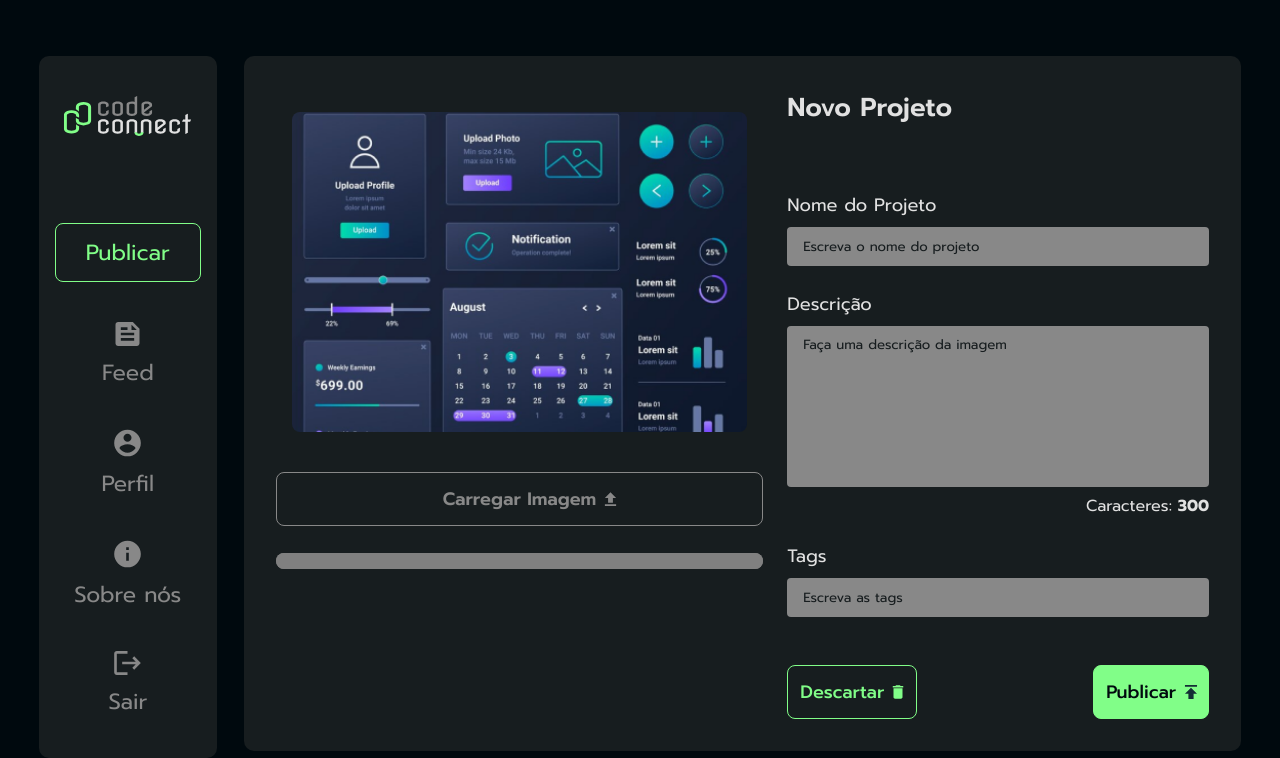
Repository: joaoPraiaJunior/async_await
Page: index.html
These files come from the project's save history. The page is drawn as it stood at one moment and after the next save; the edit follows.
The browser window is 1280 px wide. The pictures show the whole page.

Above is the page before, as saved 2024-08-29 21:00:35.

After the next save:
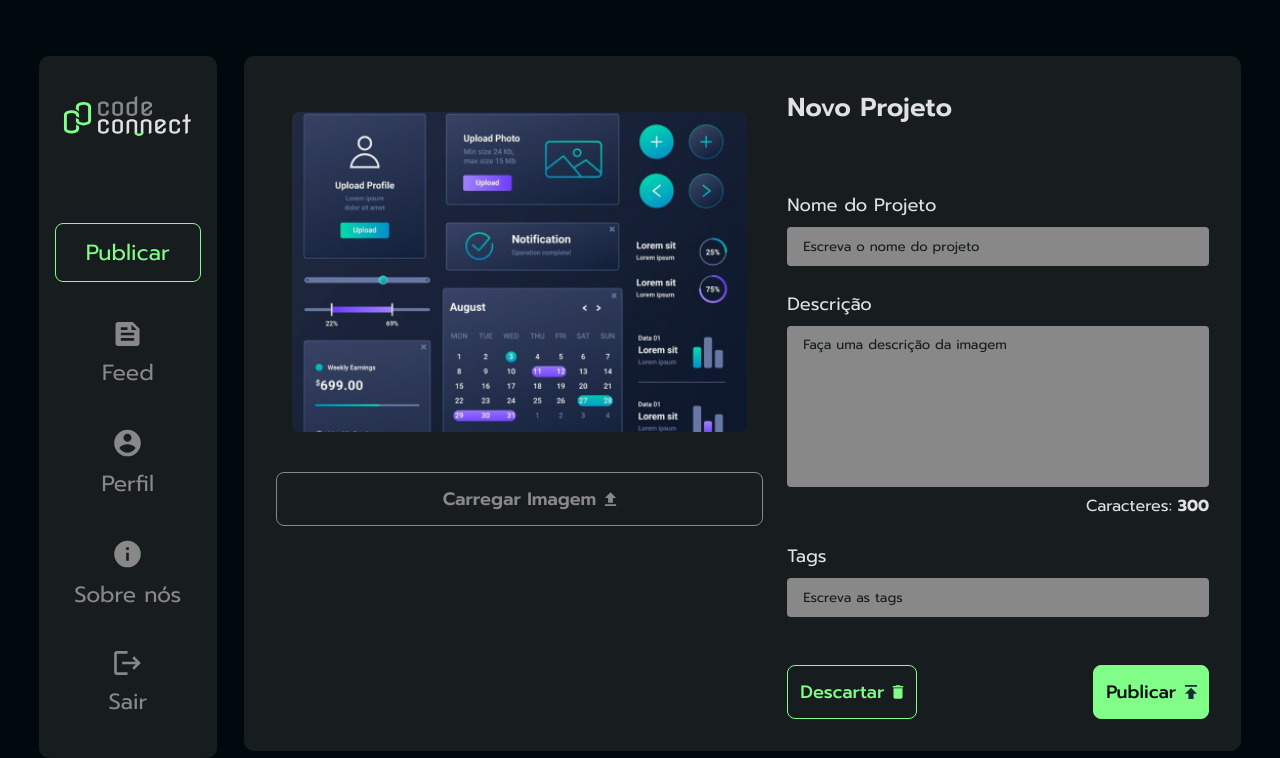
Saved 38 s later.
--- a/css/styles.css
+++ b/css/styles.css
@@ -301,15 +301,15 @@
   background-image: url("../img/close.svg");
 }
 
-.c-barrade-progresso {
+.c-barra-de-progresso {
   display: none;
 }
 
 .c-barra-de-progresso__progresso {
+  background-color: var(--cor-secundaria);
   width: 100%;
   height: 1.6rem;
   border-radius: 0.8rem;
-  background-color: var(--cor-secundaria);
 }
 
 

After the save that followed:
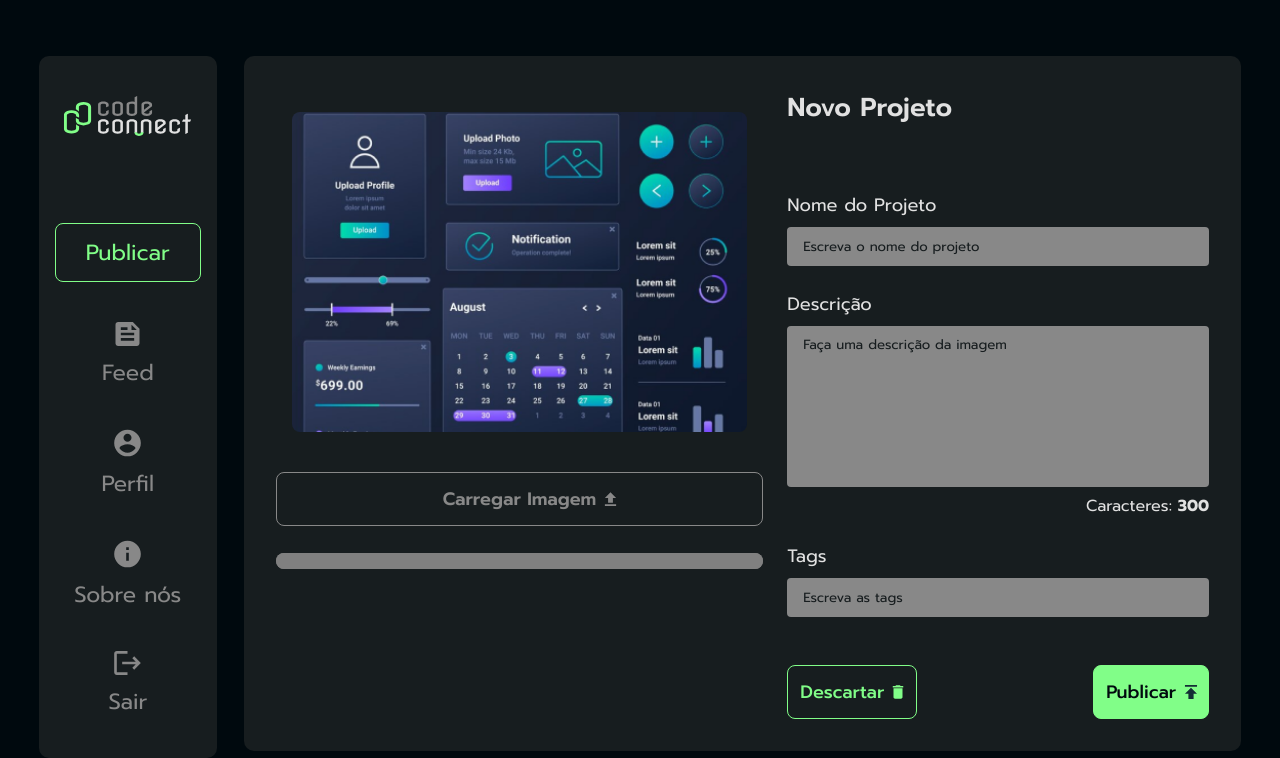
Saved 11 s later.
--- a/css/styles.css
+++ b/css/styles.css
@@ -302,7 +302,7 @@
 }
 
 .c-barra-de-progresso {
-  display: none;
+  display: block;
 }
 
 .c-barra-de-progresso__progresso {
